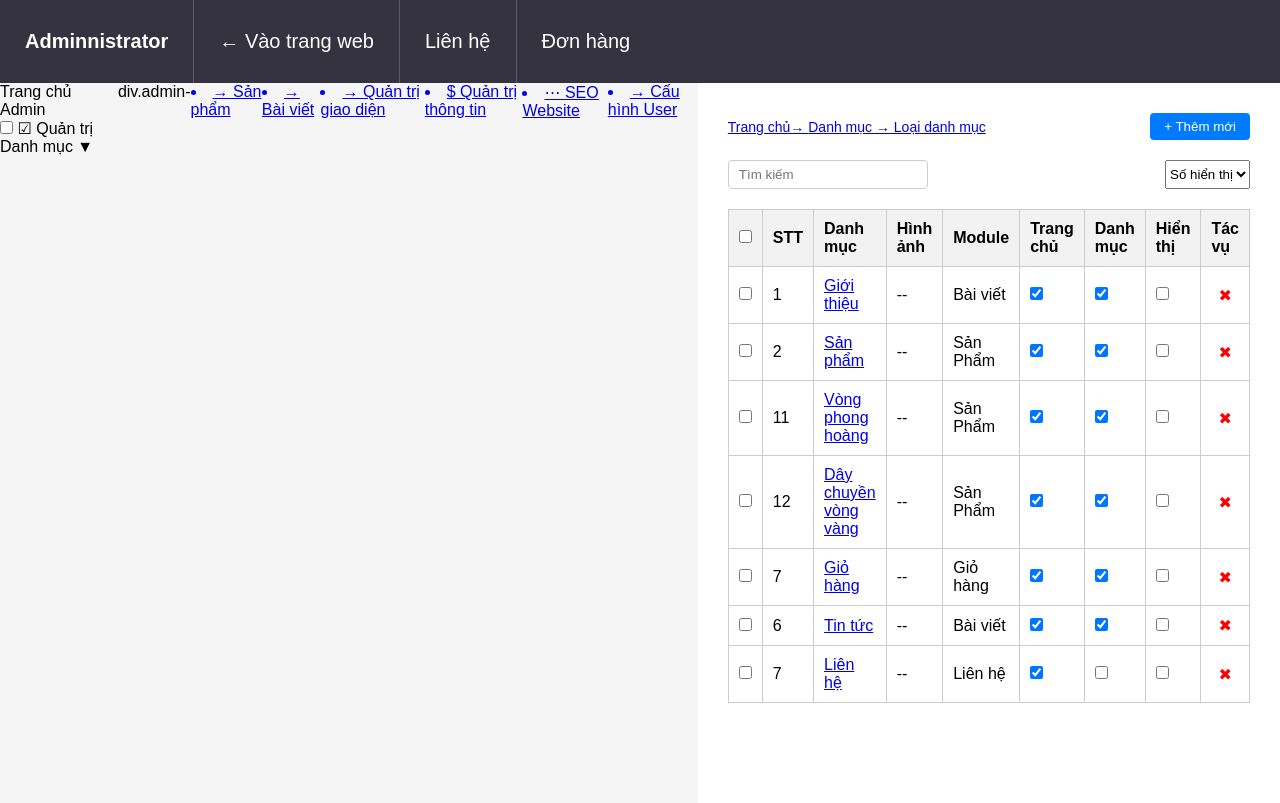
Repository: TranTanDat0606/Du-An-1
Page: Admin]/admin.html
These files come from the project's save history. The page is drawn as it stood at one moment and after a run of saves; the edit follows.
The browser window is 1280 px wide. The pictures show the whole page.

Above is the page before, as saved 2025-07-31 08:54:32.

After the next 3 saves:
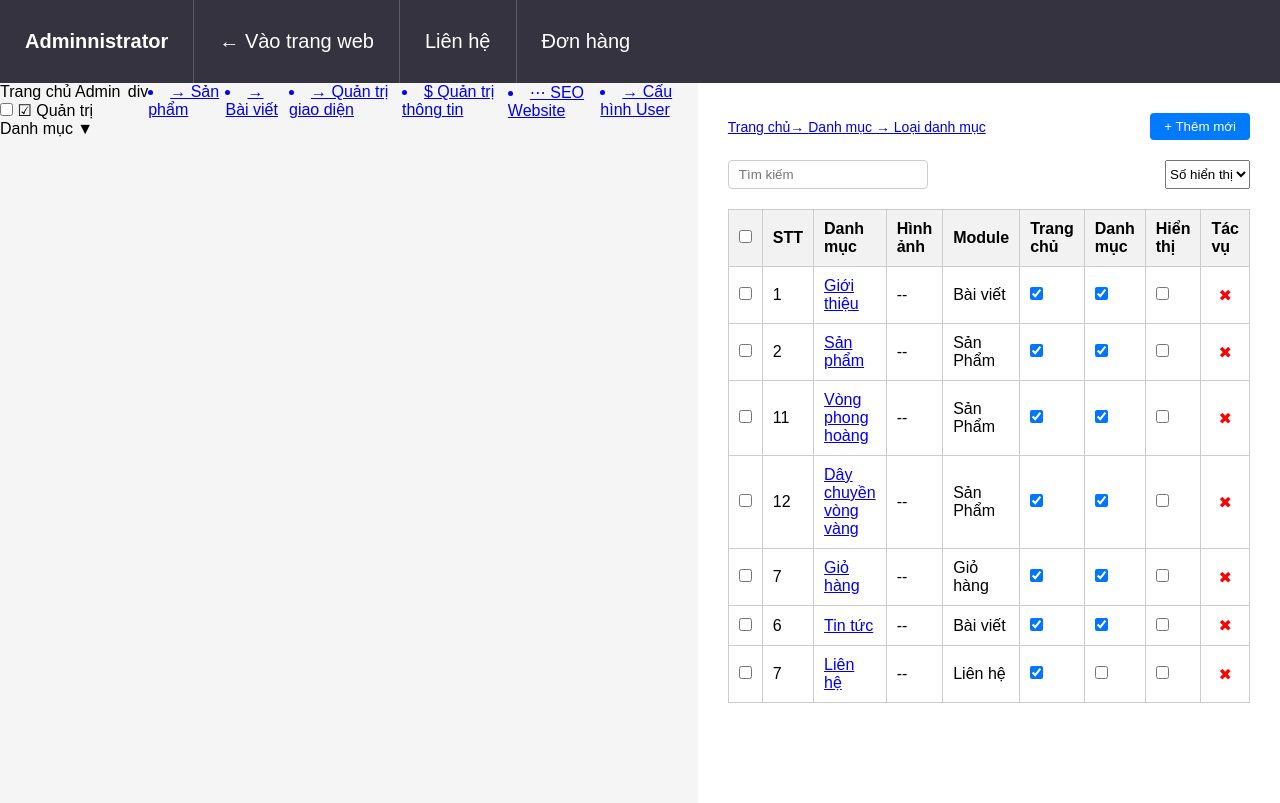
The 3 saves are shown as one change because they came seconds apart.
The last was saved 10 s later.
--- a/Admin]/admin.html
+++ b/Admin]/admin.html
@@ -21,7 +21,9 @@
         <label for="menu-toggle" class="dropdown-label">☑ Quản trị Danh mục ▼</label>
 </div>
 </div>
-    div.admin-
+    <div class="admin-main">
+        div
+    </div>
 
         </li>
         <a href="#"><li>→ Sản phẩm</li></a>
